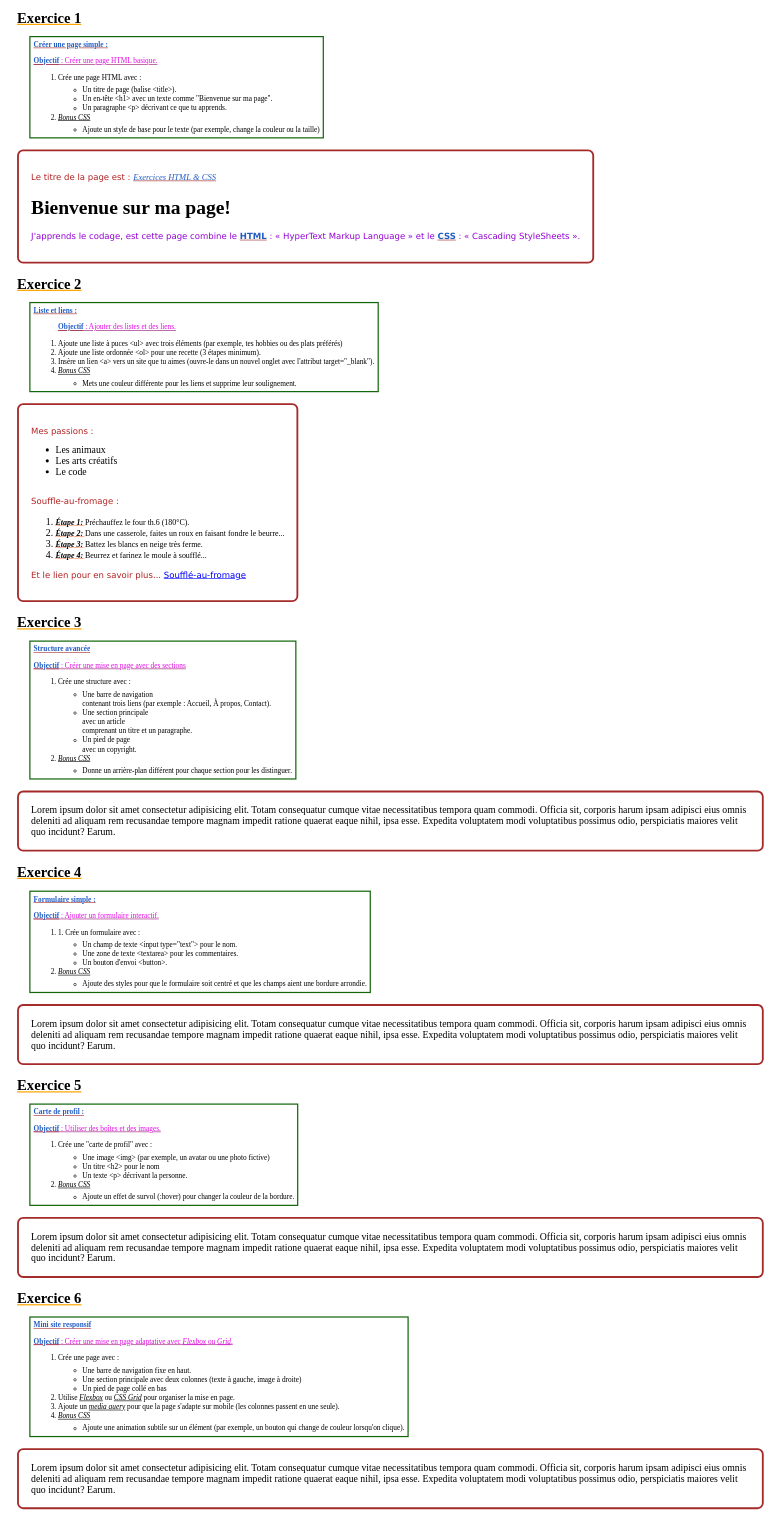
Repository: AnnaSpirit/Mimo_App
Page: Exercices_HTML&CSS.html
An editor plug-in stored every save of this project. The page is shown before and after the next save, followed by the edit.
The browser window is 1280 px wide. The pictures show the whole page, at 61% of full size.

Above is the page before, as saved 2024-12-08 16:40:50.

After the next save:
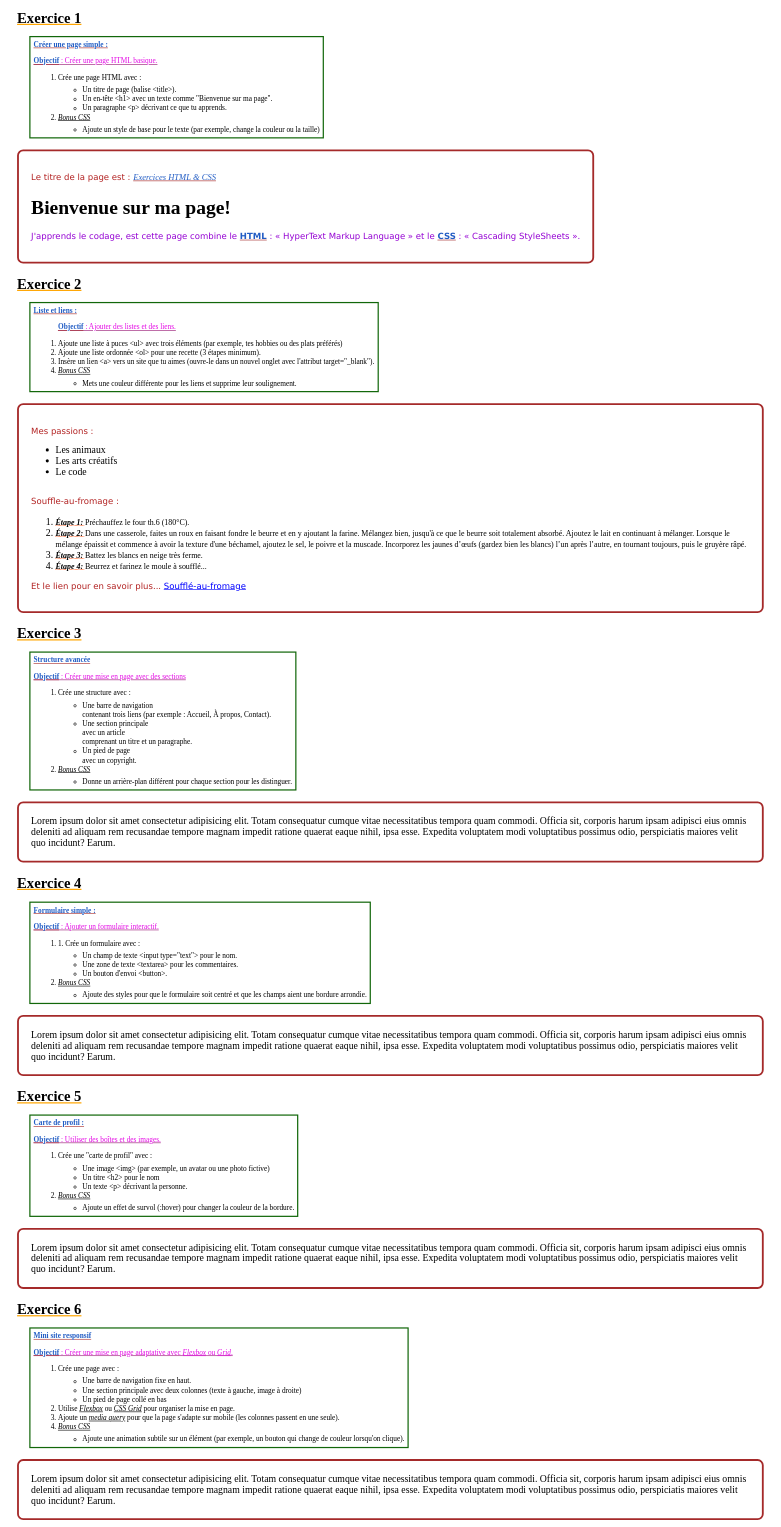
Saved 35 s later.
--- a/Exercices_HTML&CSS.html
+++ b/Exercices_HTML&CSS.html
@@ -81,7 +81,10 @@
                     <span class="a_faire">Préchauffez le four th.6 (180°C).</span>
                 </li>
                 <li><b class="etape">Étape 2: </b>
-                    <span class="a_faire">Dans une casserole, faites un roux en faisant fondre le beurre...</span>
+                    <span class="a_faire">Dans une casserole, faites un roux en faisant fondre le beurre et en y ajoutant la farine. Mélangez bien, jusqu'à ce que
+                    le beurre soit totalement absorbé. Ajoutez le lait en continuant à mélanger. Lorsque le mélange épaissit et commence à
+                    avoir la texture d'une béchamel, ajoutez le sel, le poivre et la muscade. Incorporez les jaunes d’œufs (gardez bien les
+                    blancs) l’un après l’autre, en tournant toujours, puis le gruyère râpé.</span>
                 </li>
                 <li><b class="etape">Étape 3: </b>
                     <span class="a_faire">Battez les blancs en neige très ferme.</span>
